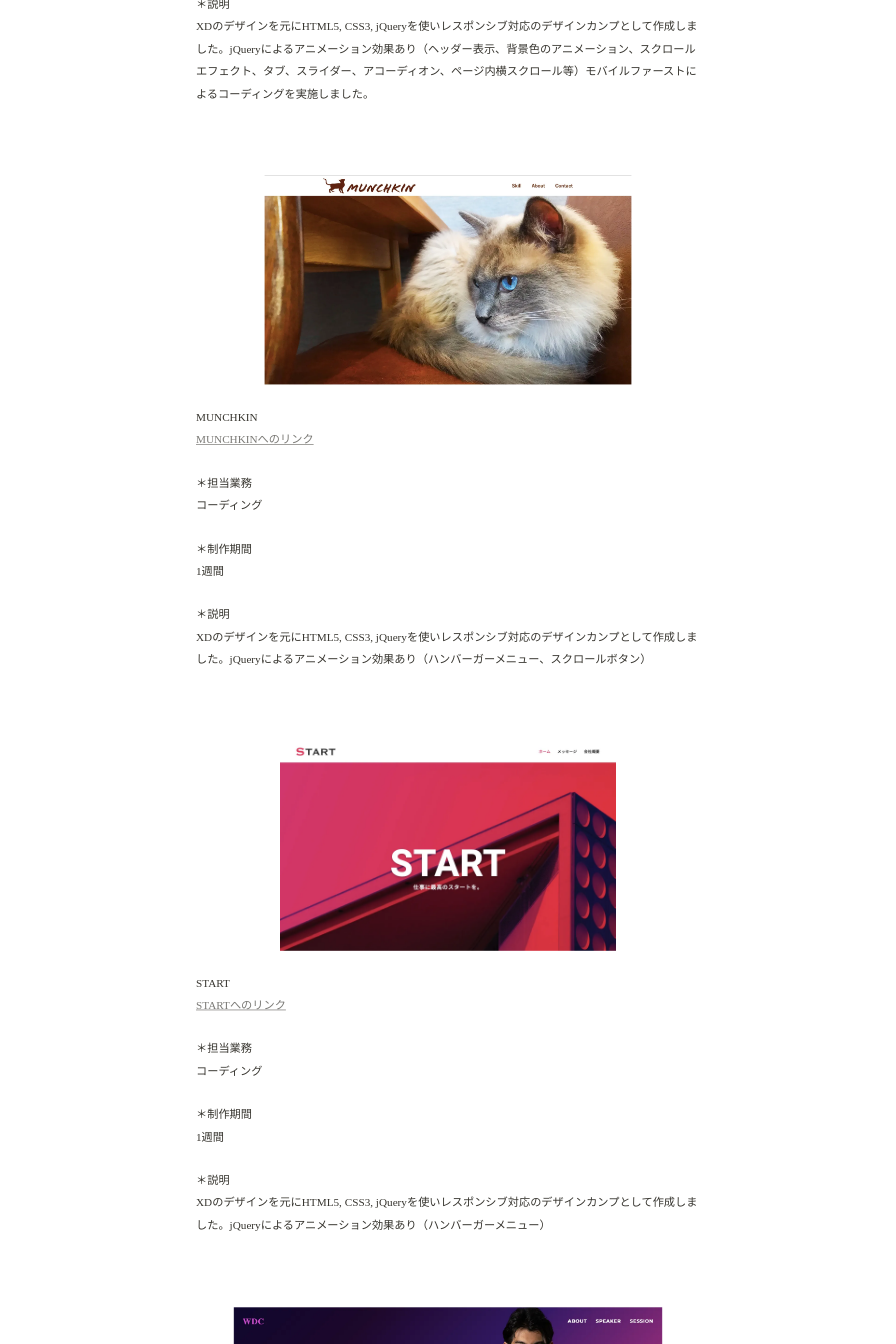
Repository: tetishi/my-portfolio
Page: index.html
These files come from the project's save history. The page is drawn as it stood at one moment and after a run of saves; the edit follows.
The browser window is 1280 px wide. The pictures show the part of the page from y = 1196 to 3116 px (the page is 6517 px tall before and 5709 px after), at 70% of full size.
The style sheet was rebuilt from its Sass, Less or Tailwind sources for each picture, by a compiler version that may differ from the author's.

Above is the page before, as saved 2023-08-23 15:34:17.

### index.html
<!DOCTYPE html>
<html lang="ja">

<head>
    <meta name="robots" content="noindex">
    <meta charset="UTF-8">
    <meta name="viewport" content="width=device-width, initial-scale=1.0">
    <meta http-equiv="X-UA-Compatible" content="ie=edge">
    <meta property="og:title" content="石田哲朗のポートフォリオ" />
    <meta property="og:type" content="website" />
    <meta property="og:url" content="#" />
    <meta property="og:image" content="#" />
    <meta property="og:site_name" content="ポートフォリオ" />
    <meta property="og:description" content="石田哲朗のポートフォリオです。過去の作品、スキル、使用ツール、自己紹介を掲載しております。" />
    <title>石田哲朗のポートフォリオ</title>
    <link rel="stylesheet" href="reset.css">
    <link rel="stylesheet" href="style.css">
    <link rel="icon" href="img/favicon.ico">
</head>

<body>
    <header>

    </header>

    <main>

        <section>
            <!-- ここ記入 -->
            <h1>ポートフォリオ<br class="d-none">（石田 哲朗）</h1>
            <p>お忙しい中 ご覧頂きありがとうございます。</p>
            <p>以下、過去の作品でございます。</p>
            <!-- ここ記入 -->
            <!-- <p>ベーシック認証がかかっているものは<br>ID aaa<br>パスワード aaa<br> です。</p> -->
        </section>
        <section>

            <h2>過去の作品</h2>
            <h3 class="sub-tit">LP作成</h3>

            <!-- １作品目 -->
            <div class="work">
                <!-- サイトのイメージ写真を入れます -->
                <picture>
                    <source srcset="img/engbody.webp" type="image/webp">
                    <img src="img/engbody.png">
                </picture>
                <!-- ここ記入 -->
                <p class="work_tit">ENGBODY</p>
                <!-- ここ記入 -->
                <p class="work_link"><a target="_blank" rel="noopener noreferrer" href="https://tetishi.github.io/engbody/">ENGBODYへのリンク</a></p>
                <p class="details">＊担当業務</p>
                <p>コーディング</p>
                <p class="details">＊制作期間</p>
                <!-- ここ記入 -->
                <p>2週間</p>
                <p class="details">＊説明</p>
                <!-- ここ記入 -->
                <p>XDのデザインを元にHTML5, CSS3, jQueryを使いレスポンシブ対応のデザインカンプとして作成しました。jQueryによるアニメーション効果あり（ヘッダー表示、背景色のアニメーション、スクロールエフェクト、タブ、スライダー、アコーディオン、ページ内横スクロール等）モバイルファーストによるコーディングを実施しました。</p>
            </div>

            <div class="work">
                <!-- サイトのイメージ写真を入れます -->
                <picture>
                    <source srcset="img/munchkin.webp" type="image/webp">
                    <img src="img/munchkin.png">
                </picture>
                <!-- ここ記入 -->
                <p class="work_tit">MUNCHKIN</p>
                <!-- ここ記入 -->
                <p class="work_link"><a target="_blank" rel="noopener noreferrer" href="https://tetishi.github.io/munchkin2/">MUNCHKINへのリンク</a></p>
                <p class="details">＊担当業務</p>
                <p>コーディング</p>
                <p class="details">＊制作期間</p>
                <!-- ここ記入 -->
                <p>1週間</p>
                <p class="details">＊説明</p>
                <!-- ここ記入 -->
                <p>XDのデザインを元にHTML5, CSS3, jQueryを使いレスポンシブ対応のデザインカンプとして作成しました。jQueryによるアニメーション効果あり（ハンバーガーメニュー、スクロールボタン）</p>
            </div>

            <!-- 　２作品目 -->
            <div class="work">
                <!-- サイトのイメージ写真を入れます -->
                <picture>
                    <source srcset="img/start.webp" type="image/webp">
                    <img src="img/start.png">
                </picture>
                <!-- ここ記入 -->
                <p class="work_tit">START</p>
                <!-- ここ記入 -->
                <p class="work_link"><a target="_blank" rel="noopener noreferrer" href="https://tetishi.github.io/">STARTへのリンク</a></p>
                <p class="details">＊担当業務</p>
                <p>コーディング</p>
                <p class="details">＊制作期間</p>
                <!-- ここ記入 -->
                <p>1週間</p>
                <p class="details">＊説明</p>
                <!-- ここ記入 -->
                <p>XDのデザインを元にHTML5, CSS3, jQueryを使いレスポンシブ対応のデザインカンプとして作成しました。jQueryによるアニメーション効果あり（ハンバーガーメニュー）</p>
            </div>

            <!-- 　3作品目 -->
            <div class="work">
                <!-- サイトのイメージ写真を入れます -->
                <picture>
                    <source srcset="img/wdc.webp" type="image/webp">
                    <img src="img/wdc.png">
                </picture>
                <!-- ここ記入 -->
                <p class="work_tit">WDC</p>
                <!-- ここ記入 -->
                <p class="work_link"><a target="_blank" rel="noopener noreferrer" href="https://tetishi.github.io/wdc/">WDCへのリンク</a></p>
                <p class="details">＊担当業務</p>
                <p>コーディング</p>
                <p class="details">＊制作期間</p>
                <!-- ここ記入 -->
                <p>2週間</p>
                <p class="details">＊説明</p>
                <!-- ここ記入 -->
                <p>XDのデザインを元にHTML5, CSS3, jQueryを使いレスポンシブ対応のデザインカンプとして作成しました。jQueryによるアニメーション効果あり（ページ内スクロールボタン、トップに戻るボタン）</p>
            </div>

            <!-- 　4作品目 -->
            <div class="work">
                <!-- サイトのイメージ写真を入れます -->
                <picture>
                    <source srcset="img/cresta-design.webp" type="image/webp">
                    <img src="img/cresta-design.png">
                </picture>
                <!-- ここ記入 -->
                <p class="work_tit">Cresta Design</p>
                <!-- ここ記入 -->
                <p class="work_link"><a target="_blank" rel="noopener noreferrer" href="https://tetishi.github.io/cresta-design/">Cresta Designへのリンク</a></p>
                <p class="details">＊担当業務</p>
                <p>コーディング</p>
                <p class="details">＊制作期間</p>
                <!-- ここ記入 -->
                <p>2週間</p>
                <p class="details">＊説明</p>
                <!-- ここ記入 -->
                <p>XDのデザインを元にHTML5, CSS3, jQueryを使いレスポンシブ対応のデザインカンプとして作成しました。jQueryによるアニメーション効果あり（ハンバーガーメニュー、ページ内スクロールボタン）</p>
            </div>

            <!-- 　5作品目 -->



            <!-- <h3 class="sub-tit">コーポレイトサイト作成</h3> -->
            <!-- <div class="work"> -->
                <!-- サイトのイメージ写真を入れます -->
                <!-- <picture>
                    <source srcset="img/#" type="image/webp">
                    <img src="img/#">
                </picture> -->
                <!-- ここ記入 -->
                <!-- <p class="work_tit">ここに作品のタイトルを入れます</p> -->
                <!-- ここ記入 -->
                <!-- <p class="work_link"><a target="_blank" rel="noopener noreferrer" href="#">ここにリンクを入れます</a></p>
                <p class="details">＊担当業務</p>
                <p>コーディング</p>
                <p class="details">＊制作期間</p> -->
                <!-- ここ記入 -->
                <!-- <p>○週間</p>
                <p class="details">＊説明</p> -->
                <!-- ここ記入 -->
                <!-- <p>ここに説明文を入れます</p>
            </div> -->


        </section>
        <section>
            <h2>スキル</h2>
            <h3 class="info-tit">使用言語</h3>
            <p>HTML / CSS / Sass / Javascript / SEO </p>
            <h3 class="info-tit">フレイムワーク</h3>
            <p>jQuery / WordPress</p>
        </section>
        <section>
            <h2>使用ツール</h2>
            <h3 class="info-tit">エディター</h3>
            <p>Visual Studio Code</p>
            <h3 class="info-tit">テストサーバー</h3>
            <p>エックスフリー</p>
            <h3 class="info-tit">バージョン管理ツール</h3>
            <p>GitHub</p>
            <h3 class="info-tit">連絡ツール</h3>
            <p>slack / Chatwork</p>
        </section>
        <section>
            <h2>私について</h2>
            <!-- 自分の写真を入れます -->
            <img class="people" src="img/myself.jpeg">
            <h3 class="info-tit">名前</h3>
            <!-- ここ記入 -->
            <p>石田 哲朗</p>
            <h3 class="info-tit">生年月日</h3>
            <!-- ここ記入 -->
            <p>1992年11月12日</p>
            <h3 class="info-tit">出身</h3>
            <!-- ここ記入 -->
            <p>奈良県</p>
            <h3 class="info-tit">経歴</h3>
            <!-- ここ記入 -->
            <ul class="carrier-list">
                <li class="carrier-item">
                    <p class="carrier-year">2015</p>
                    <p class="carrier-content">大阪の大学を経済学部で卒業</p>
                </li>
                <li class="carrier-item">
                    <p class="carrier-year">2015 - 2017</p>
                    <p class="carrier-content">アメリカ、ロサンゼルスの語学学校で英語を学ぶ</p>
                </li>
                <li class="carrier-item">
                    <p class="carrier-year">2017 - 2019</p>
                    <p class="carrier-content">カリフォルニア州オークランドにあるLaney Collegeにてコンピュータプログラミング専攻し卒業</p>
                </li>
                <li class="carrier-item">
                    <p class="carrier-year">2019</p>
                    <p class="carrier-content">フリーランスのWebエンジニアとして活動</p>
                </li>
                <li class="carrier-item">
                    <p class="carrier-year">2019 - 2020</p>
                    <p class="carrier-content">プログラミングスクールにてRuby on Ralisなどを学び実際に業務としてWeb開発を実施</p>
                </li>
                <li class="carrier-item">
                    <p class="carrier-year">2021 ~ 2023</p>
                    <p class="carrier-content">ネットワークエンジニアとして勤務</p>
                </li>
                <li class="carrier-item">
                    <p class="carrier-year">2022 ~ 現在</p>
                    <p class="carrier-content">フリーランスのWebエンジニアとして活動中</p>
                </li>
            </ul>
        </section>



    </main>

    <footer>

    </footer>

</body>

</html>

### reset.css
/*
html5doctor.com Reset Stylesheet
v1.6.1
Last Updated: 2010-09-17
Author: Richard Clark - http://richclarkdesign.com
Twitter: @rich_clark
*/

html,
body,
div,
span,
object,
iframe,
h1,
h2,
h3,
h4,
h5,
h6,
p,
blockquote,
pre,
abbr,
address,
cite,
code,
del,
dfn,
em,
img,
ins,
kbd,
q,
samp,
small,
strong,
sub,
sup,
var,
b,
i,
dl,
dt,
dd,
ol,
ul,
li,
fieldset,
form,
label,
legend,
table,
caption,
tbody,
tfoot,
thead,
tr,
th,
td,
article,
aside,
canvas,
details,
figcaption,
figure,
footer,
header,
hgroup,
menu,
nav,
section,
summary,
time,
mark,
audio,
video {
    margin: 0;
    padding: 0;
    border: 0;
    outline: 0;
    font-size: 100%;
    vertical-align: baseline;
    background: transparent;
}

body {
    line-height: 1;
}

article,
aside,
details,
figcaption,
figure,
footer,
header,
hgroup,
menu,
nav,
section {
    display: block;
}

nav ul {
    list-style: none;
}

blockquote,
q {
    quotes: none;
}

blockquote:before,
blockquote:after,
q:before,
q:after {
    content: '';
    content: none;
}

a {
    margin: 0;
    padding: 0;
    font-size: 100%;
    vertical-align: baseline;
    background: transparent;
}


/* change colours to suit your needs */

ins {
    background-color: #ff9;
    color: #000;
    text-decoration: none;
}


/* change colours to suit your needs */

mark {
    background-color: #ff9;
    color: #000;
    font-style: italic;
    font-weight: bold;
}

del {
    text-decoration: line-through;
}

abbr[title],
dfn[title] {
    border-bottom: 1px dotted;
    cursor: help;
}

table {
    border-collapse: collapse;
    border-spacing: 0;
}


/* change border colour to suit your needs */

hr {
    display: block;
    height: 1px;
    border: 0;
    border-top: 1px solid #cccccc;
    margin: 1em 0;
    padding: 0;
}

input,
select {
    vertical-align: middle;
}


/*end reset css*/

### style.scss
$main-color: #AAC8E9;
img {
    width: 100%;
}

h1,
h2,
h3,
p {
    color: #37352F;
}

a {
    color: #7A7975;
}

h1 {
    font-size: 2.5rem;
    margin-bottom: 50px;
}

h2 {
    background-color: $main-color;
    font-size: 1.5rem;
    padding: 10px;
    margin-top: 100px;
}

p {
    line-height: 2;
}

.d-flex {
    display: flex;
}

.d-none {
    display: none;
}

.d-block {
    display: block;
}

header {
    height: 50px;
    width: 100%;
    position: fixed;
    top: 0;
    background-color: #ffffff;
    margin-bottom: 50px;
    display: flex;
    align-items: center;
    .logo {
        width: 150px;
    }
}

.header-inner {
    width: 90%;
    margin: 0 auto;
}

main {
    max-width: 800px;
    width: 80%;
    margin: 150px auto;
}

.sub-tit {
    margin-top: 70px;
    margin-bottom: -60px;
}

.info-tit {
    margin: 30px 0 10px 0;
}

.work {
    width: 90%;
    margin: 0 auto;
    margin-top: 100px;
    img {
        max-height: 300px;
        object-fit: contain;
        margin: 0 auto;
        margin-bottom: 30px;
        display: block;
    }
    .d-flex img {
        max-width: 450px;
        width: 70%;
    }
}

.details {
    margin-top: 30px;
}

.people {
    height: 200px;
    width: 20%;
    object-fit: cover;
    margin-top: 50px;
}

.carrier-item {
    display: flex;
    .carrier-year {
        white-space: nowrap;
        width: 20%;
    }
    .carrier-content {
        width: 80%;
    }
}

@media all and (max-width:650px) {
    main {
        width: 90%;
        margin: 100px auto;
    }
    .d-flex {
        display: block;
    }
    .d-none {
        display: block;
    }
    .d-block {
        display: none !important;
    }
    h1 {
        font-size: 2rem;
    }
    .people {
        display: block;
        width: 50%;
        margin: 0 auto;
        margin-top: 30px;
    }
    .carrier-item {
        display: block;
        padding: 10px 0;
        &:first-of-type {
            padding: 0 0 10px;
        }
        .carrier-year {
            width: 100%;
        }
        .carrier-content {
            width: 100%;
        }
    }
}

After the next 2 saves:
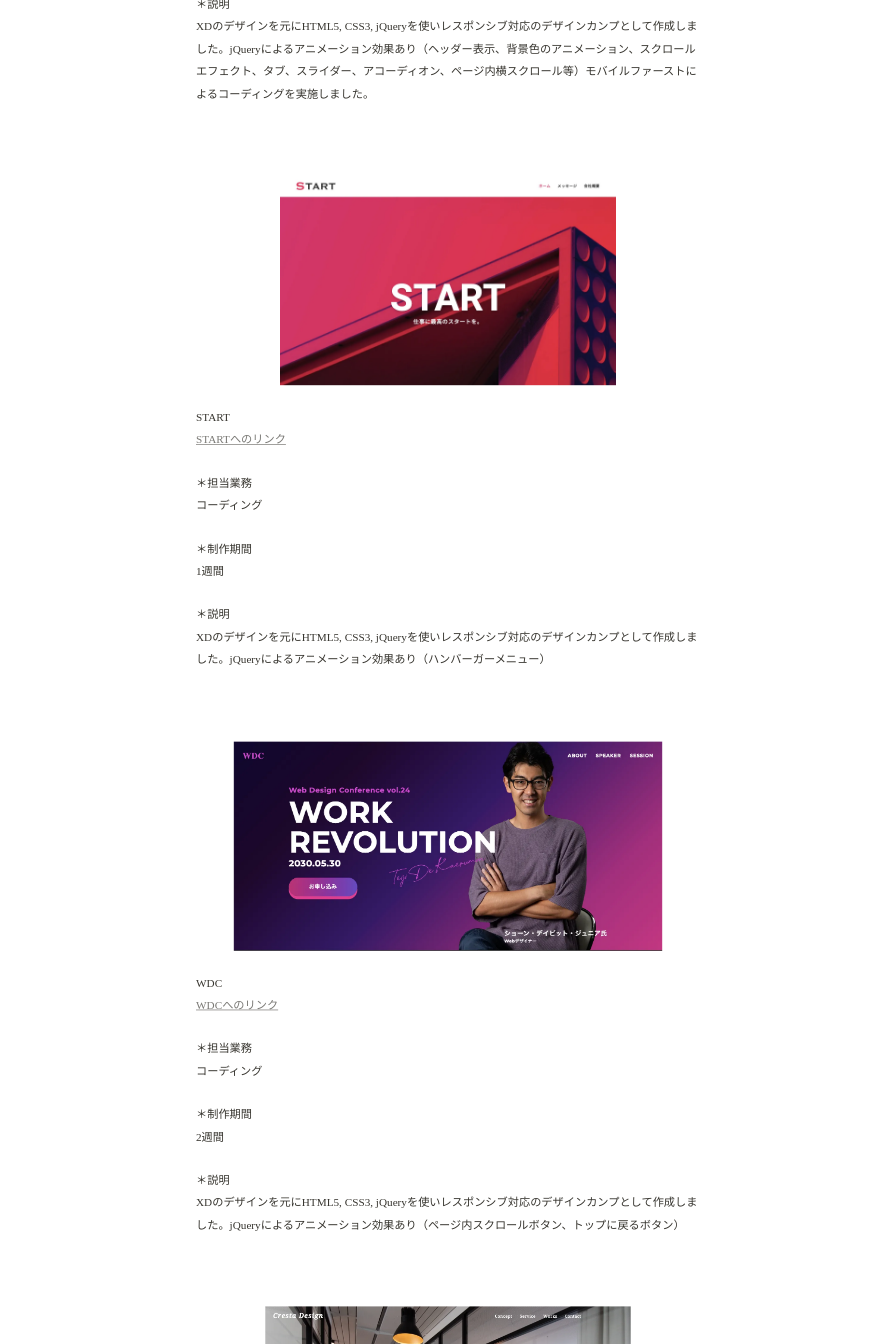
The 2 saves are shown as one change because they came seconds apart.
The last was saved 10 s later.
--- a/index.html
+++ b/index.html
@@ -59,26 +59,6 @@
                 <p>XDのデザインを元にHTML5, CSS3, jQueryを使いレスポンシブ対応のデザインカンプとして作成しました。jQueryによるアニメーション効果あり（ヘッダー表示、背景色のアニメーション、スクロールエフェクト、タブ、スライダー、アコーディオン、ページ内横スクロール等）モバイルファーストによるコーディングを実施しました。</p>
             </div>
 
-            <div class="work">
-                <!-- サイトのイメージ写真を入れます -->
-                <picture>
-                    <source srcset="img/munchkin.webp" type="image/webp">
-                    <img src="img/munchkin.png">
-                </picture>
-                <!-- ここ記入 -->
-                <p class="work_tit">MUNCHKIN</p>
-                <!-- ここ記入 -->
-                <p class="work_link"><a target="_blank" rel="noopener noreferrer" href="https://tetishi.github.io/munchkin2/">MUNCHKINへのリンク</a></p>
-                <p class="details">＊担当業務</p>
-                <p>コーディング</p>
-                <p class="details">＊制作期間</p>
-                <!-- ここ記入 -->
-                <p>1週間</p>
-                <p class="details">＊説明</p>
-                <!-- ここ記入 -->
-                <p>XDのデザインを元にHTML5, CSS3, jQueryを使いレスポンシブ対応のデザインカンプとして作成しました。jQueryによるアニメーション効果あり（ハンバーガーメニュー、スクロールボタン）</p>
-            </div>
-
             <!-- 　２作品目 -->
             <div class="work">
                 <!-- サイトのイメージ写真を入れます -->
